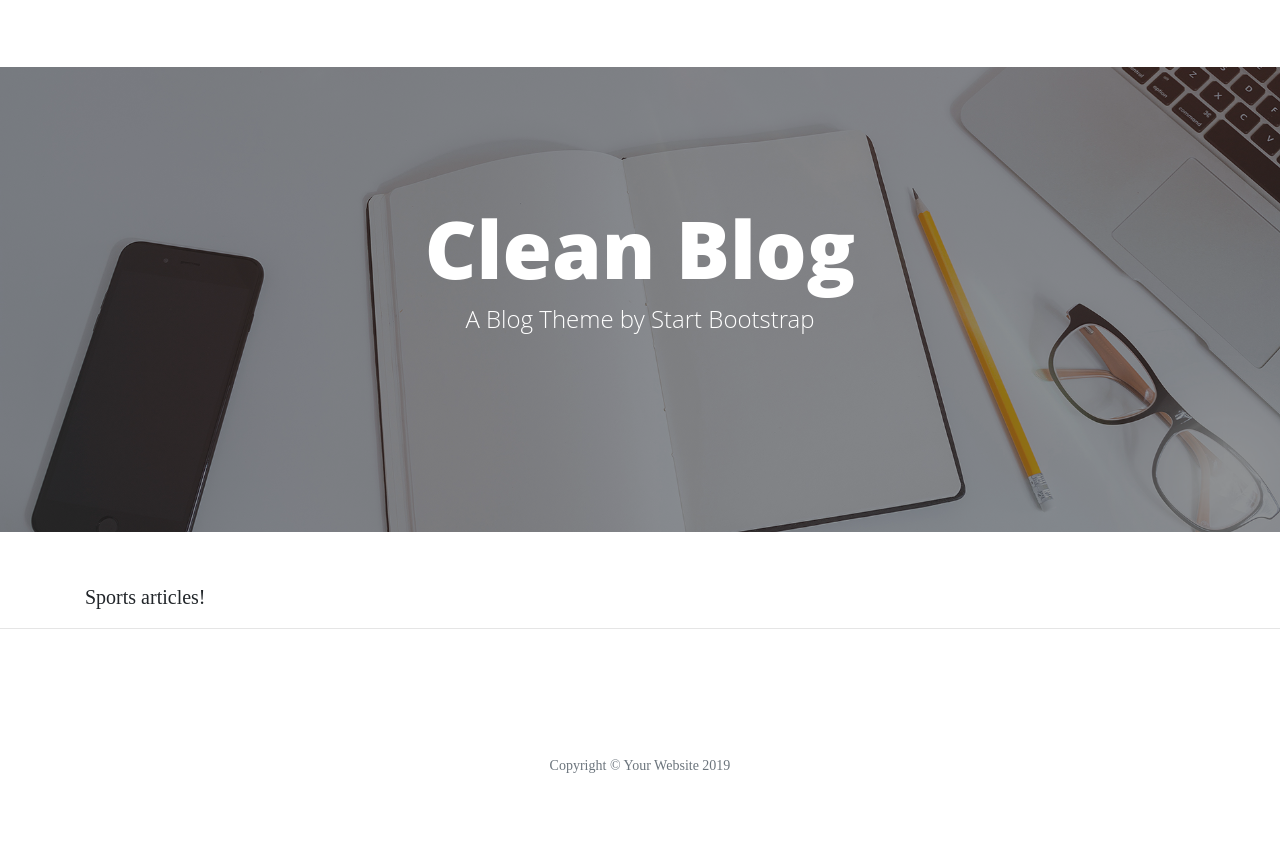
Repository: Vesss/Blog-Project
Page: templates/sports.html
The author's editor kept a record of every edit. The page is drawn from the files as they stood at one moment, then again after the next edit.
The browser window is 1280 px wide. The pictures show the whole page.
The page is served by the project's application, run on Flask 3 (app.py). Other server files are loaded and not shown. The template is opened directly, without the code that normally fills it, so the values that code supplies are empty.

Above is the page before.

### templates/sports.html
{% extends 'base.html' %}
{% block content %}
Sports articles!
{% endblock %}

### templates/base.html
<!DOCTYPE html>
<html lang="en">
<head>
    <meta charset="UTF-8">
    <meta name="viewport" content="width=device-width, initial-scale=1.0">
    <meta http-equiv="X-UA-Compatible" content="ie=edge">
    <link rel="stylesheet" href="{{ url_for('static', filename='vendor/bootstrap/css/bootstrap.min.css') }}" type="text/css" />
    <link rel="stylesheet" href="{{ url_for('static', filename='css/clean-blog.min.css') }}" type="text/css" />
    <title>The Daily Writer</title>
</head>
<body>
    <nav class="navbar navbar-expand-lg navbar-light fixed-top" id="mainNav">
    <div class="container">
      <a class="navbar-brand" href="index.html">Start Bootstrap</a>
      <button class="navbar-toggler navbar-toggler-right" type="button" data-toggle="collapse" data-target="#navbarResponsive" aria-controls="navbarResponsive" aria-expanded="false" aria-label="Toggle navigation">
        Menu
        <i class="fas fa-bars"></i>
      </button>
      <div class="collapse navbar-collapse" id="navbarResponsive">
        <ul class="navbar-nav ml-auto">
          <li class="nav-item">
            <a class="nav-link" href="{{ url_for('index') }}">Home</a>
          </li>
          <li class="nav-item">
            <a class="nav-link" href="about.html">About</a>
          </li>
          <li class="nav-item">
            <a class="nav-link" href="post.html">Sample Post</a>
          </li>
          <li class="nav-item">
            <a class="nav-link" href="contact.html">Contact</a>
          </li>
        </ul>
      </div>
    </div>
  </nav>

  <!-- Page Header -->
  <header class="masthead" style="background-image: url('{{ url_for('static', filename='img/home-bg.jpg') }}')">
    <div class="overlay"></div>
    <div class="container">
      <div class="row">
        <div class="col-lg-8 col-md-10 mx-auto">
          <div class="site-heading">
            <h1>Clean Blog</h1>
            <span class="subheading">A Blog Theme by Start Bootstrap</span>
          </div>
        </div>
      </div>
    </div>
  </header>

  <!-- Main Content -->
  <div class="container">

    {% block content %}
    {% endblock %}

  </div>

  <hr>

  <!-- Footer -->
  <footer>
    <div class="container">
      <div class="row">
        <div class="col-lg-8 col-md-10 mx-auto">
          <ul class="list-inline text-center">
            <li class="list-inline-item">
              <a href="#">
                <span class="fa-stack fa-lg">
                  <i class="fas fa-circle fa-stack-2x"></i>
                  <i class="fab fa-twitter fa-stack-1x fa-inverse"></i>
                </span>
              </a>
            </li>
            <li class="list-inline-item">
              <a href="#">
                <span class="fa-stack fa-lg">
                  <i class="fas fa-circle fa-stack-2x"></i>
                  <i class="fab fa-facebook-f fa-stack-1x fa-inverse"></i>
                </span>
              </a>
            </li>
            <li class="list-inline-item">
              <a href="#">
                <span class="fa-stack fa-lg">
                  <i class="fas fa-circle fa-stack-2x"></i>
                  <i class="fab fa-github fa-stack-1x fa-inverse"></i>
                </span>
              </a>
            </li>
          </ul>
          <p class="copyright text-muted">Copyright &copy; Your Website 2019</p>
        </div>
      </div>
    </div>
  </footer>

  <!-- Bootstrap core JavaScript -->
  <script src="{{ url_for('static', filename='vendor/jquery/jquery.min.js') }}"></script>
  <script src="{{ url_for('static', filename='vendor/bootstrap/js/bootstrap.bundle.min.js') }}"></script>

  <!-- Custom scripts for this template -->
  <script src="{{ url_for('static', filename='js/clean-blog.min.js') }}"></script>

</body>
</html>

### app.py
import os
from flask import Flask, render_template, redirect, request, url_for
from flask_pymongo import PyMongo
from bson.objectid import ObjectId
from flask_mail import Mail
from flask_mail import Message


app = Flask(__name__)

app.config["MONGO_DBNAME"] = "blog_project"
app.config["MONGO_URI"] = "mongodb+srv://root:maniac93@myfirstcluster-ilypv.mongodb.net/blog_project?retryWrites=true&w=majority"
app.config["DEBUG"] = True
app.config["TESTING"] = False
app.config["MAIL_SERVER"] = "smtp.gmail.com"
app.config["MAIL_PORT"] = 587
app.config["MAIL_USE_TLS"] = True
app.config["MAIL_USE_SSL"] = False
# app.config["MAIL_DEBUG"] = True
app.config["MAIL_USERNAME"] = None
app.config["MAIL_PASSWORD"] = None
app.config["MAIL_DEFAULT_SENDER"] = None
app.config["MAIL_MAX_EMAILS"] = 5
app.config["MAIL_SUPPRESS_SEND"] = False
app.config["MAIL_ASCII_ATTACHMENTS"] = False

mail = Mail(app)

mongo = PyMongo(app)

@app.route("/")
def index():
	return render_template("index.html", sportspage=mongo.db.sports.find(), generalnewspage=mongo.db.general_news.find(), technologypage=mongo.db.technology_page.find(), healthpage=mongo.db.health_page.find(), travelpage=mongo.db.travel_page.find())

@app.route("/about")
def about():
	return render_template("about.html", about=mongo.db.about_information.find())

@app.route("/contact")
def contact():
	return render_template("contact.html")

@app.route("/post", methods=["GET", "POST"])
def post():
	if request.method == 'POST':
		#get all the data sent up
		data = request.form.to_dict()
		#print it out to see it got sent properly
		print(data)
		# will look at adding to database next if data is sent up ok

		# dict to store new entry to database
		# will need to use keys you have in collection .. i named them title category etc
		new_item = {
			'title': request.form.get('title'),
			'author': request.form.get('author'),
			'url': request.form.get('url'),
			'content': request.form.get('content')
		}
		print(new_item)
		# need to get the category so can create the database string below
		category=request.form.get('category')
		print("category", category)
		# this should insert into the right collection eg sport health
		# if not will have to use if statements or switch
		mongo.db[category].insert_one(new_item)

		return redirect('articles')
	else:
		return render_template('post.html')

@app.route("/articles")
def articles():
	return render_template("articles.html")

@app.route("/sports_page")
def sports_page():
	return render_template("sports_page.html", posts = mongo.db.sports.find())

@app.route("/general_news_page")
def general_news_page():
	return render_template("general_news.html", posts = mongo.db.general_news.find())

@app.route("/technology_page")
def technology_page():
	return render_template("technology_page.html", posts = mongo.db.technology.find())

@app.route("/travel_page")
def travel_page():
	return render_template("travel_page.html", posts = mongo.db.travel.find())

@app.route("/health_page")
def health_page():
	return render_template("health_page.html", posts = mongo.db.health.find())

@app.route("/send", methods=["GET", "POST"])
def send():
    letter = {
        'name': request.form.get('name'),
        'email': request.form.get('email'),
        'message': request.form.get('message')
    }
    msg = Message(letter, sender=["blitzermann4@gmail.com"], recipients=["ves.dimitrov121@gmail.com"])
    mail.send(msg)
    if request.method == "POST":
        return 'Form posted.'
    elif request.method == "GET":
        return render_template('contact.html')

# @app.route("/send", methods=["GET", "POST"])
# def send():
# 	letter = {
# 			'name': request.form.get('name'),
# 			'email': request.form.get('email'),
# 			'message': request.form.get('message')
# 		}
# 	msg = Message(letter, recipients=["ves.dimitrov121@gmail.com"])
# 	mail.send(msg)
# 		if request.method == "POST":
#         	return 'Form posted.'
#     	elif request.method == "GET":
#         	return render_template('contact.html')


if __name__ == "__main__":
	app.run(host=os.environ.get("IP"),
			port=int(os.environ.get("PORT")),
			debug=True)

Loaded but not shown: static/css/clean-blog.min.css (library); static/js/clean-blog.min.js (common file)

After the next edit:
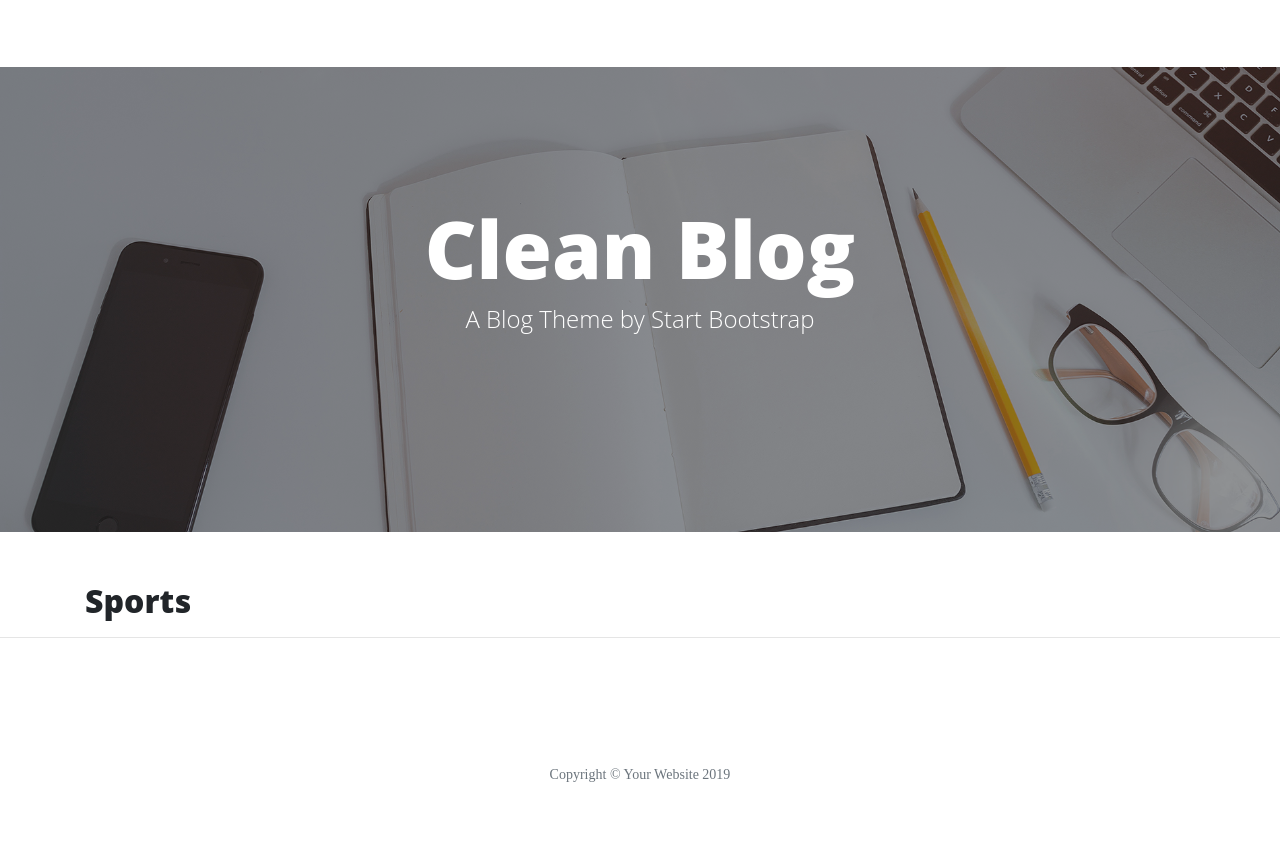
The edit:
--- a/templates/sports.html
+++ b/templates/sports.html
@@ -1,4 +1,4 @@
 {% extends 'base.html' %}
 {% block content %}
-Sports articles!
+<h2>Sports</h2>
 {% endblock %}
